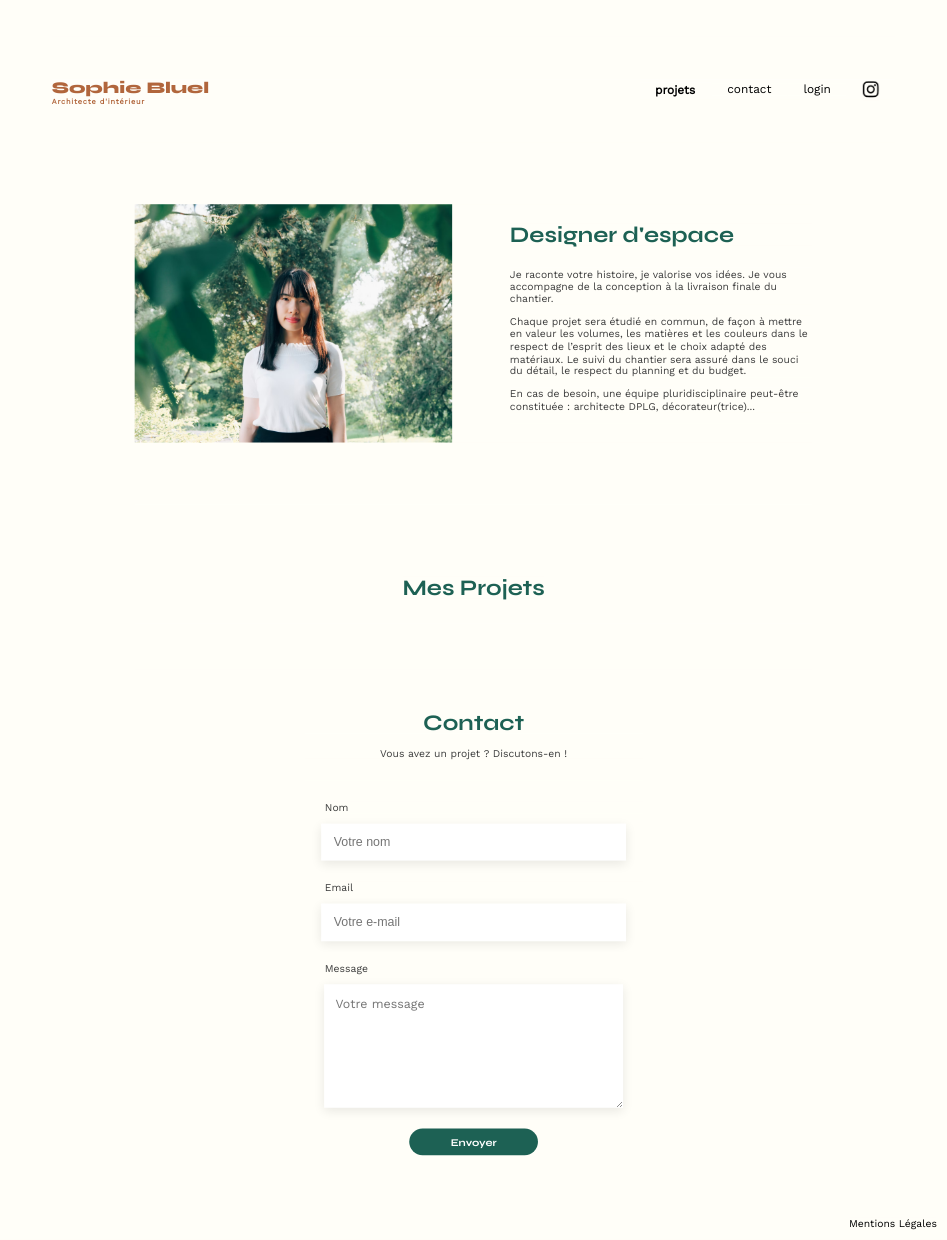
Repository: BlueSoley23/openclassrooms
Page: FrontEnd/index.html
These files come from the project's save history. The page is drawn as it stood at one moment and after the next save; the edit follows.
The browser window is 1280 px wide. The pictures show the whole page, at 74% of full size.
The page's requests for data from a server got no answer.

Above is the page before, as saved 2023-12-21 07:37:34.
Console error: TypeError: categories is not iterable

After the next save:
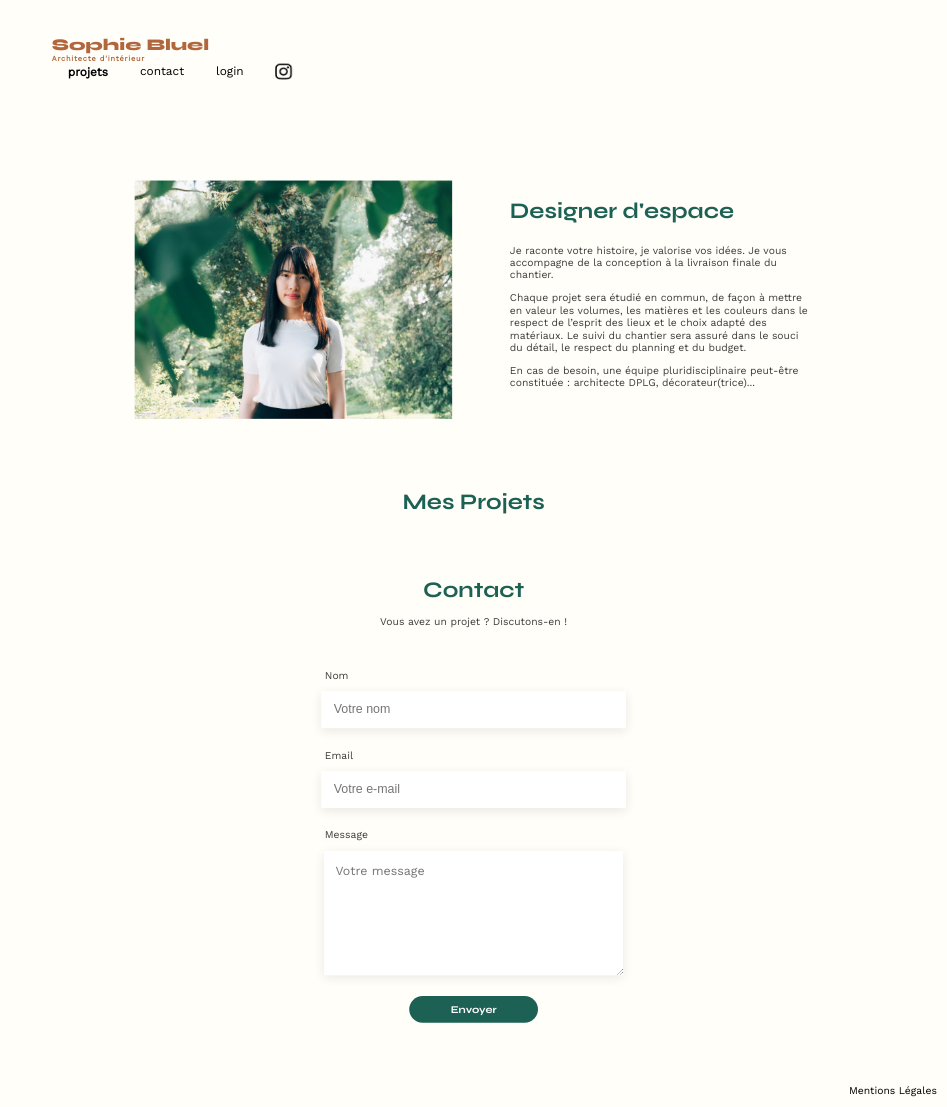
Saved 2 min 50 s later.
--- a/FrontEnd/assets/css/style.css
+++ b/FrontEnd/assets/css/style.css
@@ -554,18 +554,18 @@
 		align-items: auto;
 	}
 
-	.header {
+	.header.logged {
 		display: flex;
 		flex-direction: column;
 	}
 
-	.header-block {
+	.header-block.logged {
 		margin-top: 59px;
 		display: flex;
 		justify-content: space-between;
 	  }
 
-	.portfolio__title--section {
+	.portfolio__title--section.logged {
 		display: flex;
 		flex-direction: row;
 		justify-content: center;
@@ -574,7 +574,7 @@
 		margin-bottom: 4.5em;
 	  }
 
-	.modifier-link__content {
+	.modifier-link__content.logged {
 	display: flex;
 	flex-direction: row;
 	justify-content: flex-end;
@@ -583,16 +583,18 @@
 	padding-left: 1.5em;
 	}
 
-	.modifier-link__content--title {
+	.modifier-link__content--title.logged {
 	margin-left: 0.35em;
 	align-items: flex-end;
 	}
 
-	.modifier-link__content--icon {
+	.modifier-link__content--icon.logged {
 	color: #000;
 	}
 
-	  .hidden {
+
+
+	.hidden {
 		display: none;
 	}
 
